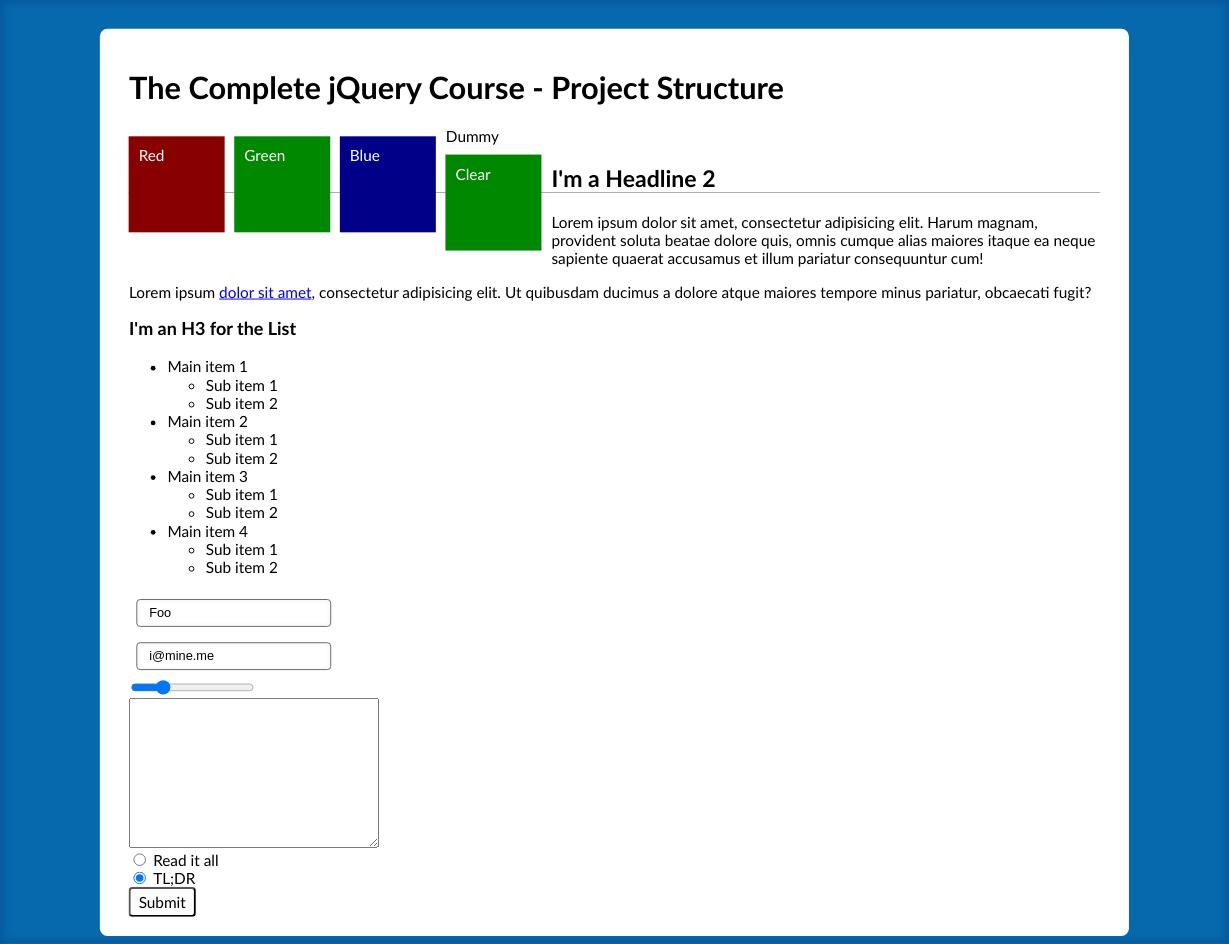
Repository: vpriyankaprabhu/Jquery-examples
Page: 05/add-remove-css-classes/index.html
The author's editor kept a copy of each file at every save. The page is drawn from the files as they stood at one save, then again after the next save.
The browser window is 1280 px wide. The pictures show the whole page, at 96% of full size.

Above is the page before, as saved 2024-12-30 13:27:02.

### 05/add-remove-css-classes/index.html
<!DOCTYPE html>
<html lang="en">
<head>
  <meta charset="UTF-8">
  <script src="https://code.jquery.com/jquery-1.12.3.min.js" integrity="sha256-aaODHAgvwQW1bFOGXMeX+pC4PZIPsvn2h1sArYOhgXQ=" crossorigin="anonymous"></script>
  <script src="js/script.js"></script>
  <link rel="stylesheet" href="css/style.css">
  <title>The Complete jQuery Course - Course Code</title>
</head>
<body>
  <div id="content">
    <h1>The Complete jQuery Course - Project Structure</h1>

    <div class="red-box">Red</div>
    <div class="green-box">Green</div>
    <div class="blue-box">Blue</div>
    <div class="dummy">Dummy</div>
    <div class="clear">Clear</div>

    <h2>I'm a Headline 2</h2>
    <p>Lorem ipsum dolor sit amet, consectetur adipisicing elit. Harum magnam, provident soluta beatae dolore quis, omnis cumque alias maiores itaque ea neque sapiente quaerat accusamus et illum pariatur consequuntur cum!</p>
    <p>Lorem ipsum <a id="link" title="An amazing link" href="/url">dolor sit amet</a>, consectetur adipisicing elit. Ut quibusdam ducimus a dolore atque maiores tempore minus pariatur, obcaecati fugit?</p>

    <h3>I'm an H3 for the List</h3>
    <!-- An unordered list with ID "list" -->
    <ul id="list">
      <li>Main item 1
        <ul>
          <li>Sub item 1</li>
          <li>Sub item 2</li>
        </ul></li>
      <li>Main item 2
        <ul>
          <li>Sub item 1</li>
          <li>Sub item 2</li>
        </ul></li>
      <li>Main item 3
        <ul>
          <li>Sub item 1</li>
          <li>Sub item 2</li>
        </ul></li>
      <li>Main item 4
        <ul>
          <li>Sub item 1</li>
          <li>Sub item 2</li>
        </ul></li>
    </ul>

    <!-- A form element without class or ID  -->
    <form action="">
      <input type="text" value="Foo"><br>
      <input type="email" value="i@mine.me"><br>
      <input type="range" min="1" max="10" value="3"><br>
      <textarea name="message" id="message" cols="30" rows="10"></textarea><br>
      <input type="radio" name="toc" value="read" id="read"> <label for="read">Read it all</label> <br>
      <input type="radio" name="toc" value="tldr" checked> <label for="tldr">TL;DR</label> <br>
      <input type="submit" value="Submit">
    </form>
</body>
</html>

### 05/add-remove-css-classes/js/script.js
$(function () {

  // Additional CSS classes can be added to an element via addClass()

  // // For instance, add the class .fancy-link to all anchor tags.
  // // Note that you *do not* add a dot in front of the class name here.
  // $("a").addClass("fancy-link");

  // // You can also add multiple classes at once.
  // $("p:first").addClass("large emphasize");

  // // To attach a class based on the index of the element in your selected
  // // set of elements, you can use a callback function.
  // $("li li").addClass(function(index) {
  //   // This adds classes .item-0, .item-1, ... to the list's sub-items.
  //   $(this).addClass("item-" + index);
  // });

  // // You can even use two parameters for the callback function, the index
  // // and the current class of the element.
  // $("div").addClass(function(index, currentClasses) {
  //   console.log(currentClasses);  // String containing all classes

  //   // Add .red-box if the current classes contain "dummy"
  //   if (currentClasses.indexOf("dummy") !== -1) {
  //     return "red-box";
  //   }
  // });

  // // You can again chain these calls to switch one class for another.
  // $(".green-box").removeClass("green-box").addClass("blue-box");

  // // To quickly toggle one particular CSS class, use toggleClass().
  // $("li li:first").toggleClass("emphasize");


  $(".clear").removeClass("clear").addClass("green-box")
});

### 05/add-remove-css-classes/css/style.css
.lightbox {
  position: absolute;
  top: 0;
  left: 0;
  display: none;
  width: 30%;
  height: 60%;
  padding: 15% 35% 25% 35%;
  color: #000000;
  background-color: rgba(200, 100, 0, 0.9);
  text-align: center;
  text-shadow: #333 0 1px 0; }

.red-box {
  float: left;
  width: 80px;
  height: 80px;
  margin: 10px 10px 10px 0;
  padding: 10px;
  color: #ffffff;
  background-color: #880000; }

.green-box {
  float: left;
  width: 80px;
  height: 80px;
  margin: 10px 10px 10px 0;
  padding: 10px;
  color: #ffffff;
  background-color: #008800; }

.blue-box {
  float: left;
  width: 80px;
  height: 80px;
  margin: 10px 10px 10px 0;
  padding: 10px;
  color: #ffffff;
  background-color: #000088; }

.large {
  font-size: 125%;
}

.emphasize {
  color: #666;
  font-style: italic;
}

fieldset {
  border-radius: 4px;
  -moz-border-radius: 4px;
  -webkit-border-radius: 4px; }

label {
  display: inline-block;
  min-width: 100px; }

input[type="text"], input[type="email"], input[type="password"], input[type="tel"] {
  margin: 8px;
  padding: 6px 12px;
  outline: none;
  border: 1px solid #666;
  border-radius: 4px;
  box-shadow: inset 0 0 3px 3px #fafafa; }

input[type="submit"] {
  font-family: "Trebuchet MS", Verdana, Arial, sans-serif;
  font-size: 16px;
  padding: 4px 8px;
  background-color: #fcfcfc;
  box-shadow: 0 0 1px 0 #aaa;
  -webkit-border-radius: 4px;
  -moz-border-radius: 4px;
  border-radius: 4px; }
  input[type="submit"]:hover {
    background-color: #f4f4f4;
    box-shadow: 0 0 1px 0 #ccc; }

html {
  min-height: 100%;
  background-color: #0769ad;
  box-shadow: 0 0 8px 4px #06599d inset; }

body {
  font-size: 16px;
  font-family: "Trebuchet MS", Verdana, Arial, sans-serif; }

.clear {
  clear: both; }

#content {
  overflow: auto;
  width: 80%;
  background-color: #fff;
  margin: 30px auto 0 auto;
  padding: 20px 30px;
  border-radius: 8px;
  -moz-border-radius: 8px;
  -webkit-border-radius: 8px; }

h1 {
  color: #000; }

h2 {
  border-bottom: 1px solid #aaa; }

#dashboard {
  position: absolute;
  width: 120px;
  height: 60%;
  left: -140px;
  top: 100px;
  padding: 20px;
  border-radius: 0 6px 6px 0;
  box-shadow: 0 0 3px 3px #f0f0f0;
  background-color: #999; }

.fancy-link {
  display: inline-block;
  text-decoration: none;
  color: #111199; }

.fancy-link:after {
  display: block;
  content: '';
  border-bottom: solid 1px #22a;
  transform: scaleX(0.0001);
  transition: transform 250ms ease-in-out; }

.fancy-link:hover:after {
  transform: scaleX(1); }

/*# sourceMappingURL=style.css.map */

After the next save:
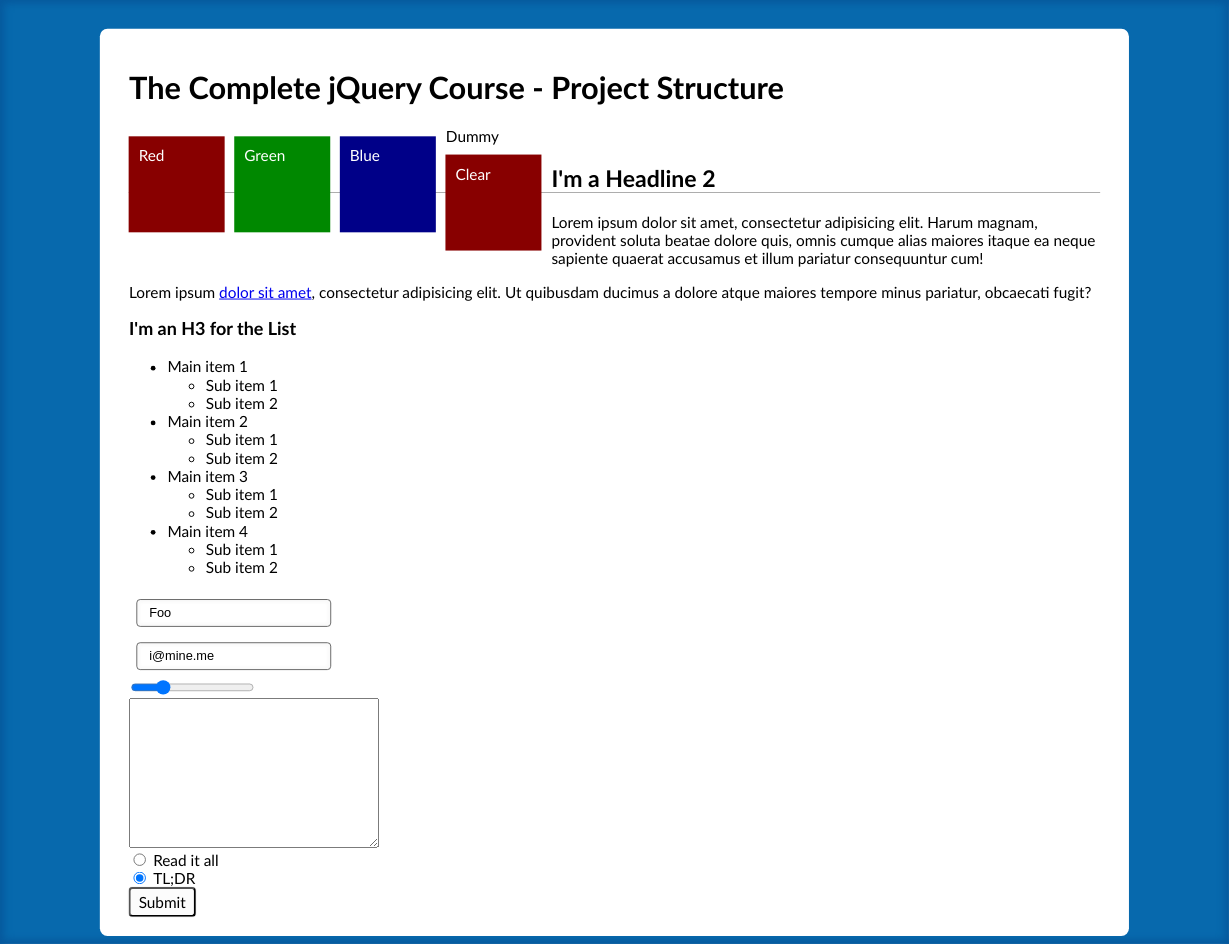
Saved 9 s later.
--- a/05/add-remove-css-classes/js/script.js
+++ b/05/add-remove-css-classes/js/script.js
@@ -34,5 +34,5 @@ $(function () {
   // $("li li:first").toggleClass("emphasize");
 
 
-  $(".clear").removeClass("clear").addClass("green-box")
+  $(".clear").removeClass("clear").addClass("red-box")
 });
